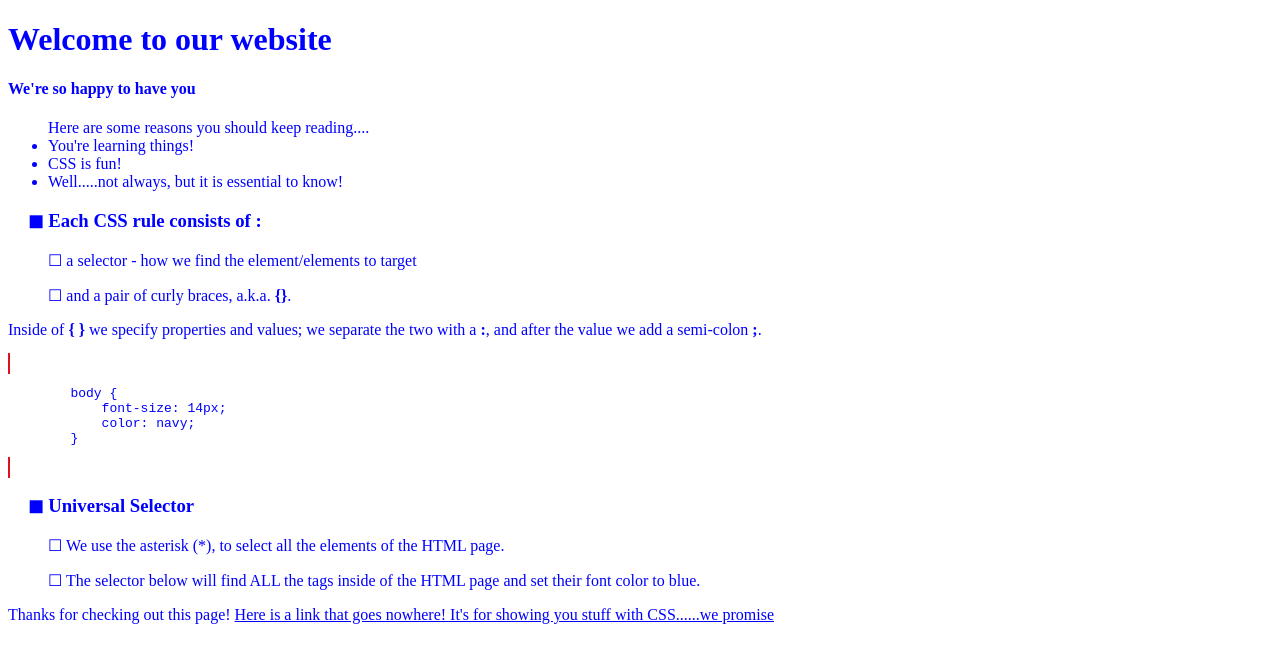
Repository: AnnaSpirit/Tests__
Page: CSS/Useful_Selectors.html
These files come from the project's save history. The page is drawn as it stood at one moment and after the next save; the edit follows.
The browser window is 1280 px wide. The pictures show the whole page.

Above is the page before, as saved 2024-04-01 12:31:18.

### CSS/Useful_Selectors.html
<!DOCTYPE html>
<html lang="en">
<head>
    <meta charset="UTF-8">
    <meta name="viewport" content="width=device-width, initial-scale=1.0">
    <title>Useful Selectors</title>
    <link rel="stylesheet" href="style_Selectors.css">
</head>
<body>
    <header>
        <h1>Welcome to our website</h1>
        <h4>We're so happy to have you</h4>
    </header>
    <section>
        <ul> Here are some reasons you should keep reading....
            <li>You're learning things!</li>
            <li>CSS is fun!</li>
            <li>Well.....not always, but it is essential to know!</li>
        </ul>
    </section>
    <section>
        <h3 style="padding-left: 20px;"> &#9724; Each CSS rule consists of :</h3>
            <p style="padding-left: 40px;"> &#9744; a selector - how we find the element/elements to target</p>
            <p style="padding-left: 40px;"> &#9744; and a pair of curly braces, a.k.a. <b>{}</b>.</p>
            <p>Inside of <b>{ }</b> we specify properties and values; we separate the two with a <b>:</b>, and after the value we add a semi-colon <b>;</b>.</p>
    <span style="border: 2px solid #E01023;"> <pre>
        body {
            font-size: 14px;
            color: navy;
        }</pre></span>
        </h3>
        <h3 style="padding-left: 20px;"> &#9724; Universal Selector</h3>
        <p style="padding-left: 40px;">&#9744; We use the asterisk (*), to select all the elements of the HTML page. </p>
        <p style="padding-left: 40px;">&#9744; The selector below will find ALL the tags inside of the HTML page and set their font color to blue.</p>
    </section>
    <footer>
        <p>
            Thanks for checking out this page!
            <a href="#">Here is a link that goes nowhere! It's for showing you stuff with CSS......we promise</a>
        </p>
    </footer>
</body>
</html>

### CSS/style_Selectors.css
/* Universal Selector */
* {
    color: blue;
}

After the next save:
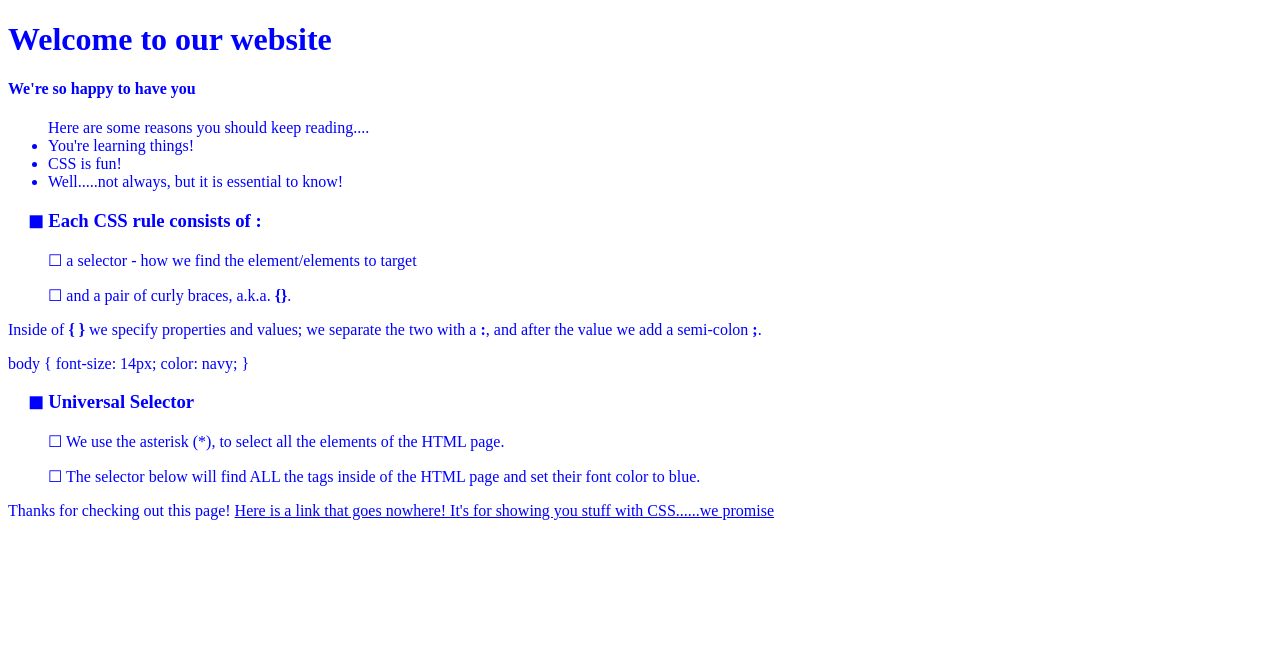
Saved 26 s later.
--- a/CSS/Useful_Selectors.html
+++ b/CSS/Useful_Selectors.html
@@ -23,11 +23,11 @@
             <p style="padding-left: 40px;"> &#9744; a selector - how we find the element/elements to target</p>
             <p style="padding-left: 40px;"> &#9744; and a pair of curly braces, a.k.a. <b>{}</b>.</p>
             <p>Inside of <b>{ }</b> we specify properties and values; we separate the two with a <b>:</b>, and after the value we add a semi-colon <b>;</b>.</p>
-    <span style="border: 2px solid #E01023;"> <pre>
+    <span > <prestyle="border: 2px solid #E01023;">
         body {
             font-size: 14px;
             color: navy;
-        }</pre></span>
+        }</prestyle=></span>
         </h3>
         <h3 style="padding-left: 20px;"> &#9724; Universal Selector</h3>
         <p style="padding-left: 40px;">&#9744; We use the asterisk (*), to select all the elements of the HTML page. </p>
